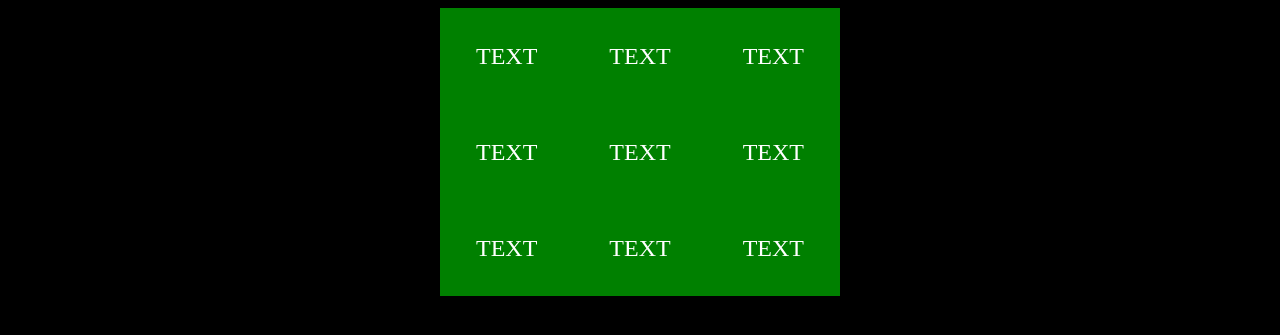
Repository: rajratangm/xcalculator
Page: /
An editor plug-in stored every save of this project. The page is shown before and after the next save, followed by the edit.
The browser window is 1280 px wide. The pictures show the whole page.
The project was rebuilt for these pictures with package versions that can differ from the ones it lists, and the page was loaded fresh each time. Also part of the build but not shown: vite.config.js, src/Component/Keyboard.jsx.

Above is the page before, as saved 2024-04-02 18:58:29.

After the next save:
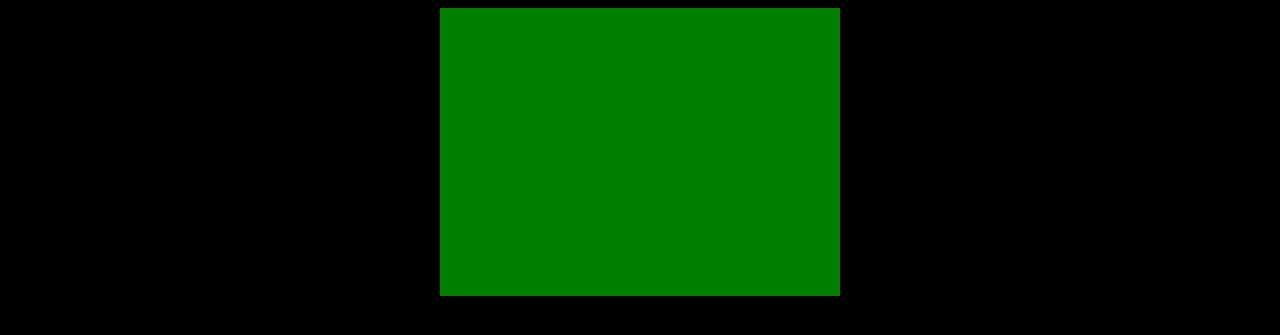
Saved 5 s later.
--- a/src/Component/Button/Button.jsx
+++ b/src/Component/Button/Button.jsx
@@ -3,7 +3,7 @@ import './Button.css'
 
 const Button=({symbol})=>{
     return <div className='button-wrapper'>
-TEXT
+
     </div>
 }
 
